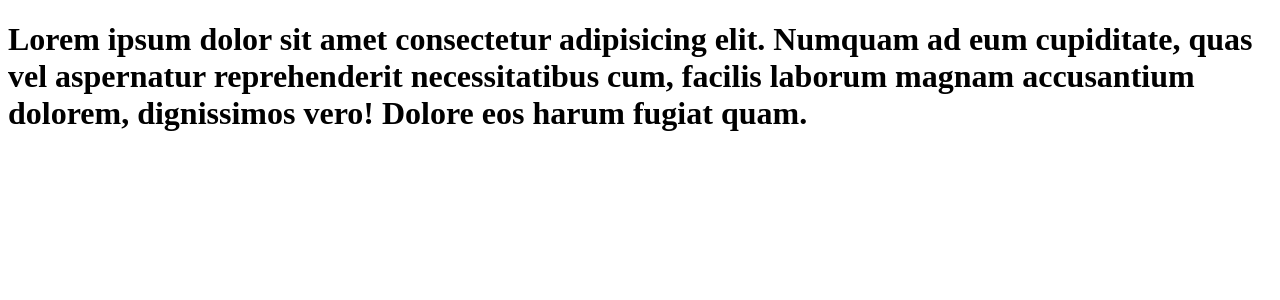
Repository: Elie-Dey/boot-start
Page: index.html
These files come from the project's save history. The page is drawn as it stood at one moment and after the next save; the edit follows.
The browser window is 1280 px wide. The pictures show the whole page.

Above is the page before, as saved 2021-08-18 22:26:54.

### index.html
<!DOCTYPE html>
<html lang="en">
<head>
    <meta charset="UTF-8">
    <meta http-equiv="X-UA-Compatible" content="IE=edge">
    <meta name="viewport" content="width=device-width, initial-scale=1.0">
    <title>Revision html</title>
</head>
<body>
    <h1>Lorem ipsum dolor sit amet consectetur adipisicing elit. Numquam ad eum cupiditate, quas vel aspernatur reprehenderit necessitatibus cum, facilis laborum magnam accusantium dolorem, dignissimos vero! Dolore eos harum fugiat quam.</h1>
</body>
</html>

After the next save:
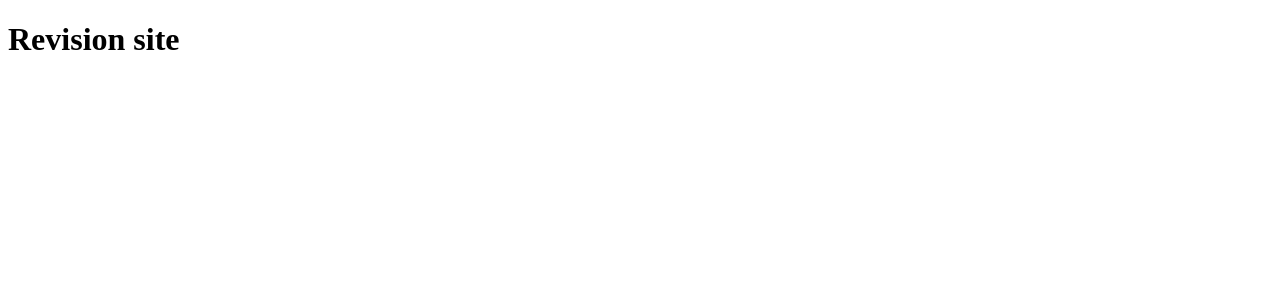
Saved 32 s later.
--- a/index.html
+++ b/index.html
@@ -7,6 +7,6 @@
     <title>Revision html</title>
 </head>
 <body>
-    <h1>Lorem ipsum dolor sit amet consectetur adipisicing elit. Numquam ad eum cupiditate, quas vel aspernatur reprehenderit necessitatibus cum, facilis laborum magnam accusantium dolorem, dignissimos vero! Dolore eos harum fugiat quam.</h1>
+    <h1>Revision site</h1>
 </body>
 </html>
